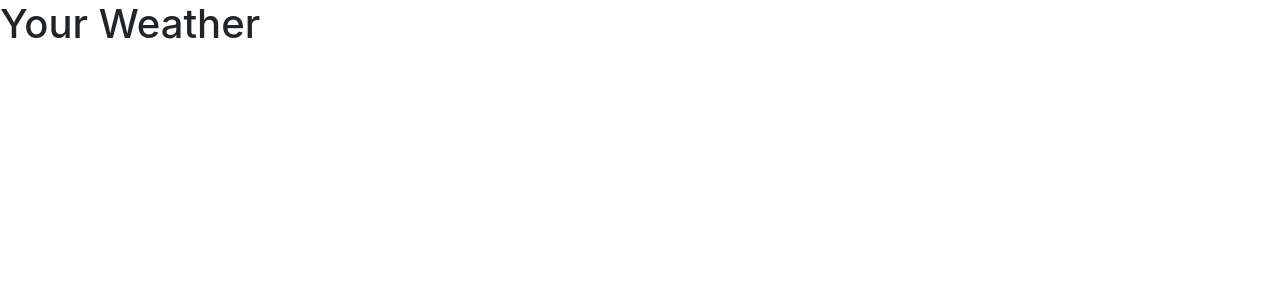
Repository: Mf948/YourWeather
Page: index.html
An editor plug-in stored every save of this project. The page is shown before and after a run of saves, followed by the edit.
The browser window is 1280 px wide. The pictures show the whole page.

Above is the page before, as saved 2020-12-14 19:10:14.

After the next 2 saves:
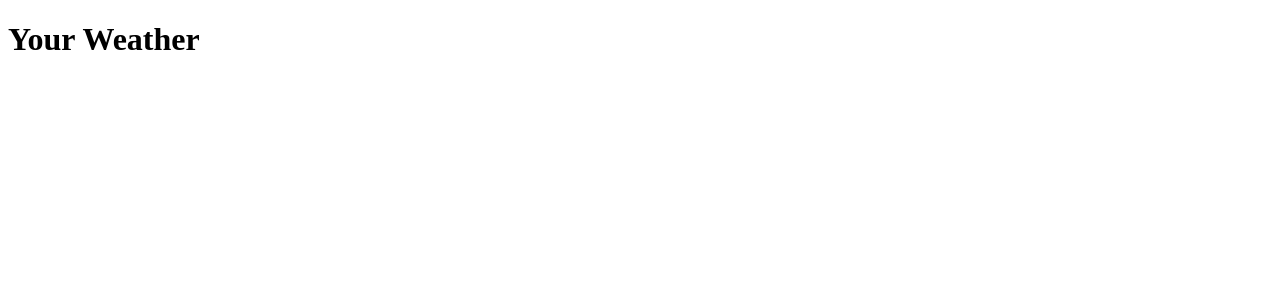
The 2 saves are shown as one change because they came seconds apart.
The last was saved 8 s later.
--- a/index.html
+++ b/index.html
@@ -4,8 +4,8 @@
     <meta charset="UTF-8">
     <meta name="viewport" content="width=device-width, initial-scale=1.0">
     <title>Your Weather</title>
- <link rel="" <link>
-    <link rel="stylesheet" href="https://maxcdn.bootstrapcdn.com/bootstrap/4.0.0/css/bootstrap.min.css" integrity="sha384-Gn5384xqQ1aoWXA+058RXPxPg6fy4IWvTNh0E263XmFcJlSAwiGgFAW/dAiS6JXm" crossorigin="anonymous">
+ <link rel=""
+ <link rel="stylesheet" href="https://maxcdn.bootstrapcdn.com/bootstrap/4.0.0/css/bootstrap.min.css" integrity="sha384-Gn5384xqQ1aoWXA+058RXPxPg6fy4IWvTNh0E263XmFcJlSAwiGgFAW/dAiS6JXm" crossorigin="anonymous">
 
 </head>
 <body>

After the 4 saves that followed:
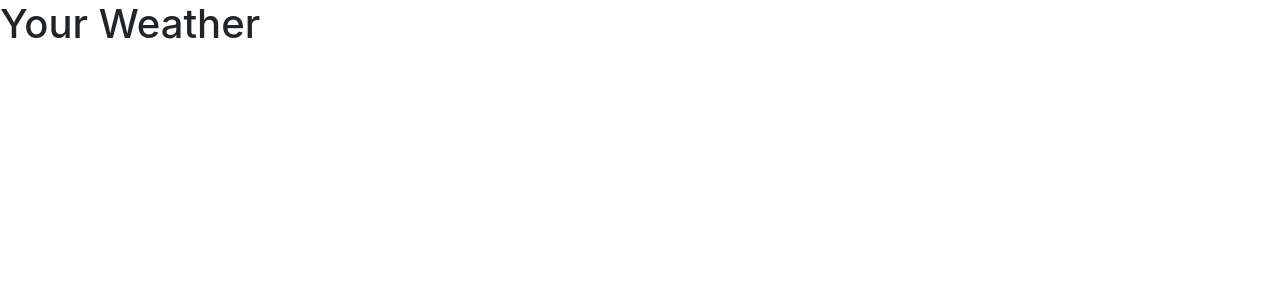
The 4 saves are shown as one change because 1 left the picture as it was and some came seconds apart.
The last was saved 18 s later.
--- a/index.html
+++ b/index.html
@@ -4,7 +4,7 @@
     <meta charset="UTF-8">
     <meta name="viewport" content="width=device-width, initial-scale=1.0">
     <title>Your Weather</title>
- <link rel=""
+ <link rel="stylesheet"
  <link rel="stylesheet" href="https://maxcdn.bootstrapcdn.com/bootstrap/4.0.0/css/bootstrap.min.css" integrity="sha384-Gn5384xqQ1aoWXA+058RXPxPg6fy4IWvTNh0E263XmFcJlSAwiGgFAW/dAiS6JXm" crossorigin="anonymous">
 
 </head>
